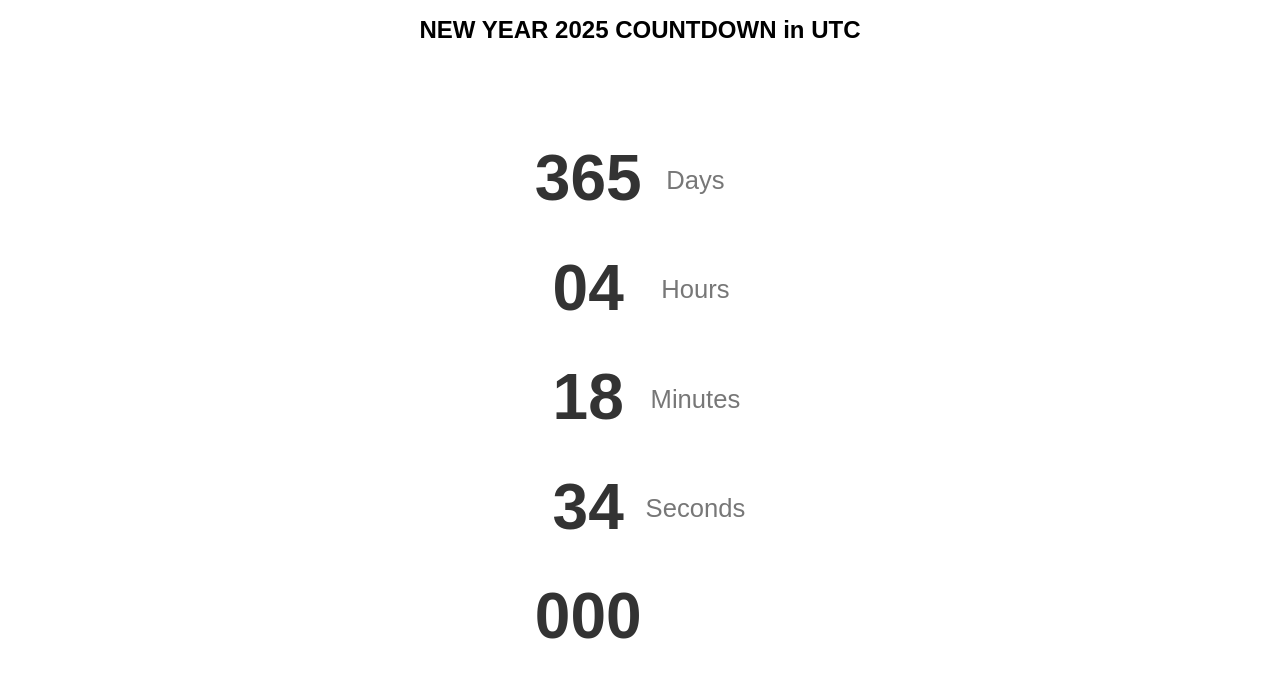
Repository: end888160/end888160.github.io
Page: countdown_mobile.html
An editor plug-in stored every save of this project. The page is shown before and after the next save, followed by the edit.
The browser window is 1280 px wide. The pictures show the whole page.

Above is the page before, as saved 2024-09-21 19:36:31.

After the next save:
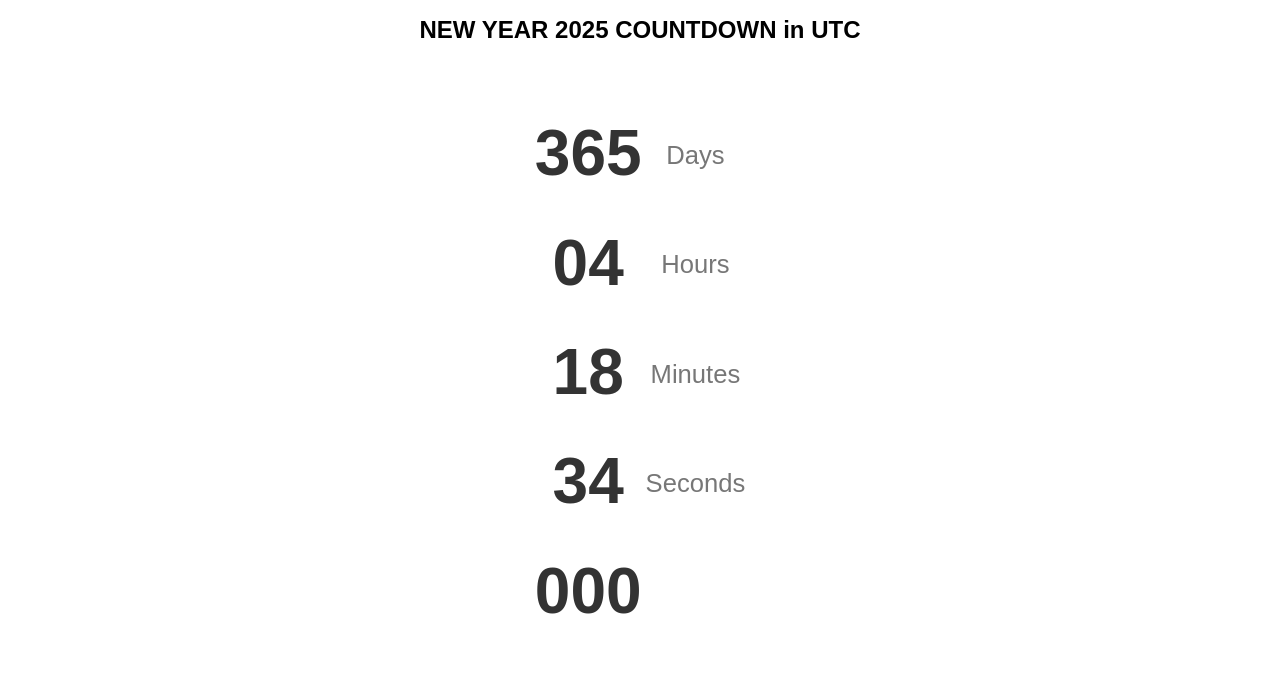
Saved 114 s later.
--- a/countdown_mobile.html
+++ b/countdown_mobile.html
@@ -12,7 +12,7 @@
 		align-items: center;
 		font-family: Arial, Helvetica, sans-serif;
 		font-size: xx-large;
-		margin-top: 5%;
+		margin-top: 3%;
 		color: #333;
 	}
 
